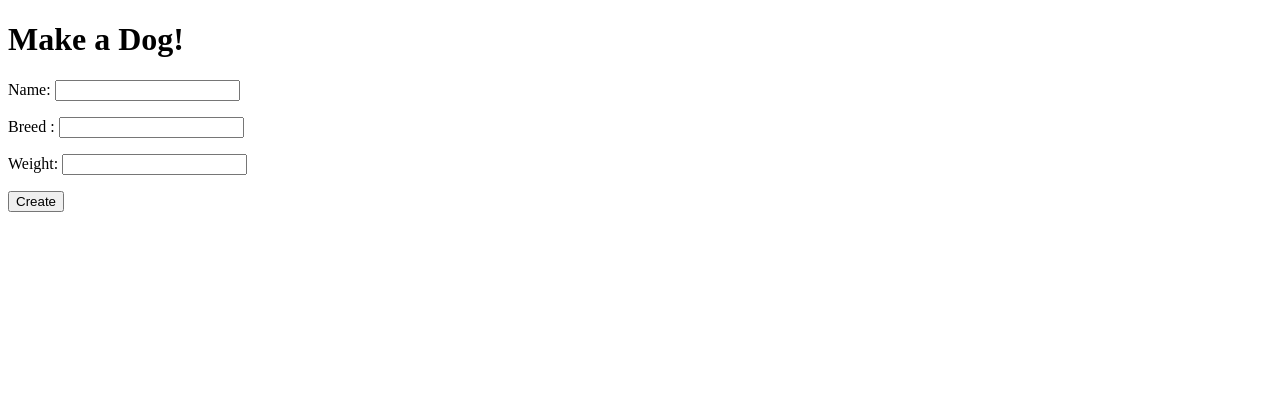
Repository: ohis/JAVAOnTheWeb
Page: http://localhost/Pets/Home
These files come from the project's save history. The page is drawn as it stood at one moment and after the next save; the edit follows.
The browser window is 1280 px wide. The pictures show the whole page.
The page is served by Tomcat 9. Other server files are loaded and not shown.

Above is the page before, as saved 2017-12-02 19:47:21.

### servlets/Pets/WebContent/WEB-INF/views/Home.jsp
<%@ page language="java" contentType="text/html; charset=ISO-8859-1"
    pageEncoding="ISO-8859-1"%>
<!DOCTYPE html PUBLIC "-//W3C//DTD HTML 4.01 Transitional//EN" "http://www.w3.org/TR/html4/loose.dtd">
<html>
<head>
<meta http-equiv="Content-Type" content="text/html; charset=ISO-8859-1">
<title>Make a pet!</title>
</head>
<body>
   <h1>Make a Dog!</h1>

   <form action="Dog" method="get">
   <p>
      <label> Name:</label>
      <input type="text" name="name">
   </p>
   <p>
      <label>Breed :</label>
      <input type="text" name="breed">
   </p>
   <p>
      <label>Weight:</label>
      <input type="number" name="weight" >
   </p>

    <input type="submit" value="Create">

   </form>
</body>
</html>

### servlets/Pets/src/com/codingdojo/controllers/Home.java
package com.codingdojo.controllers;

import java.io.IOException;

import javax.servlet.RequestDispatcher;
import javax.servlet.ServletException;
import javax.servlet.annotation.WebServlet;
import javax.servlet.http.HttpServlet;
import javax.servlet.http.HttpServletRequest;
import javax.servlet.http.HttpServletResponse;

/**
 * Servlet implementation class Home
 */
@WebServlet("/Home")
public class Home extends HttpServlet {
	private static final long serialVersionUID = 1L;

    /**
     * @see HttpServlet#HttpServlet()
     */
    public Home() {
        super();
        // TODO Auto-generated constructor stub
    }

	/**
	 * @see HttpServlet#doGet(HttpServletRequest request, HttpServletResponse response)
	 */
	protected void doGet(HttpServletRequest request, HttpServletResponse response) throws ServletException, IOException {
		// TODO Auto-generated method stub
		RequestDispatcher view = request.getRequestDispatcher("/WEB-INF/views/Home.jsp");
		view.forward(request, response);
	}

	/**
	 * @see HttpServlet#doPost(HttpServletRequest request, HttpServletResponse response)
	 */
	protected void doPost(HttpServletRequest request, HttpServletResponse response) throws ServletException, IOException {
		// TODO Auto-generated method stub
		doGet(request, response);
	}

}

After the next save:
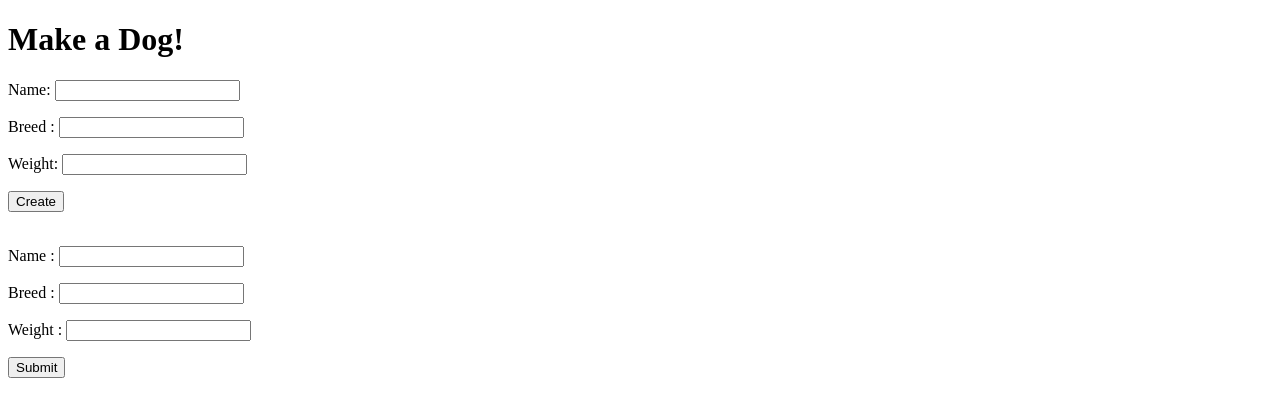
Saved 5 min 48 s later.
--- a/servlets/Pets/WebContent/WEB-INF/views/Home.jsp
+++ b/servlets/Pets/WebContent/WEB-INF/views/Home.jsp
@@ -26,5 +26,25 @@
     <input type="submit" value="Create">
 
    </form>
+
+   <br>
+   <form action="Cat" method="get">
+   <p>
+     <label>Name :</label>
+     <input type="text" name="name">
+   </p>
+
+   <p>
+     <label>Breed :</label>
+     <input type="text" name="breed">
+   </p>
+   <p>
+     <label>Weight :</label>
+     <input type="number" name="weight">
+   </p>
+
+   <input type="submit" name="Create">
+
+   </form>
 </body>
 </html>
